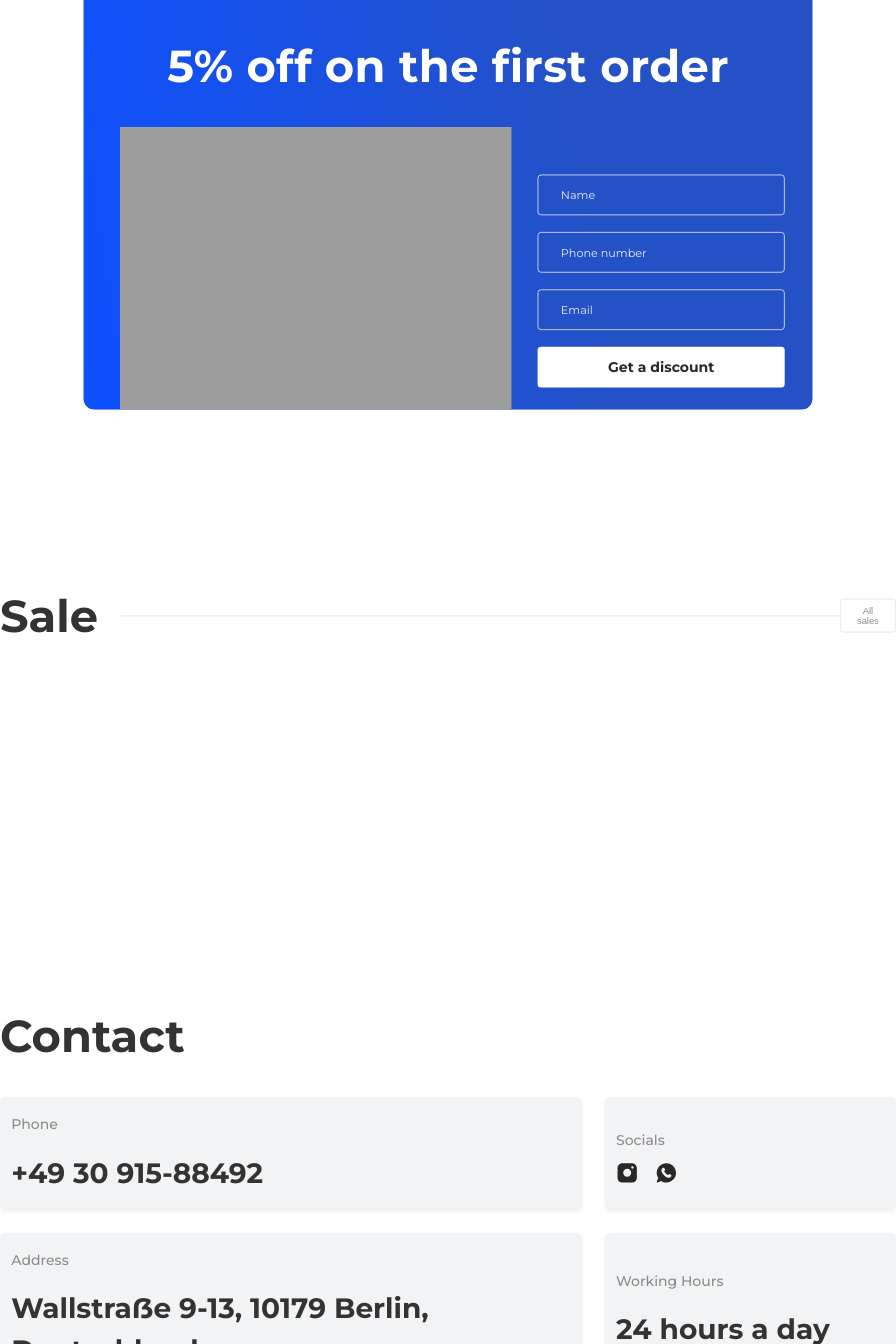
Repository: jursylian/PET-INTERNET-SHOP-PROJECT
Page: /
The author's editor kept a copy of each file at every save. The page is drawn from the files as they stood at one save, then again after the next save.
The browser window is 1280 px wide. The pictures show the part of the page from y = 1548 to 3468 px (the page is 3924 px tall before and 3940 px after), at 70% of full size.
Pictures or frames that could not be fetched are drawn as grey boxes. The page's requests for data from a server got no answer. The project was rebuilt for these pictures with package versions that can differ from the ones it lists, and the page was loaded fresh each time. No one was signed in, and anything a server would have sent is missing. Also part of the build but not shown: vite.config.js, src/pages/CategoriesAll/CategoriesAll.module.css, src/layouts/PageSection/PageSection.module.css, src/layouts/PageSection/PageSection.jsx, src/pages/CategoriesAll/CategoriesAll.jsx, src/redux/productsSelectors.js, src/components/ProductFilter/ProductFilter.module.css, src/components/ProductFilter/ProductFilter.jsx and 22 more.

Above is the page before, as saved 2025-11-06 18:29:49.

After the next save:
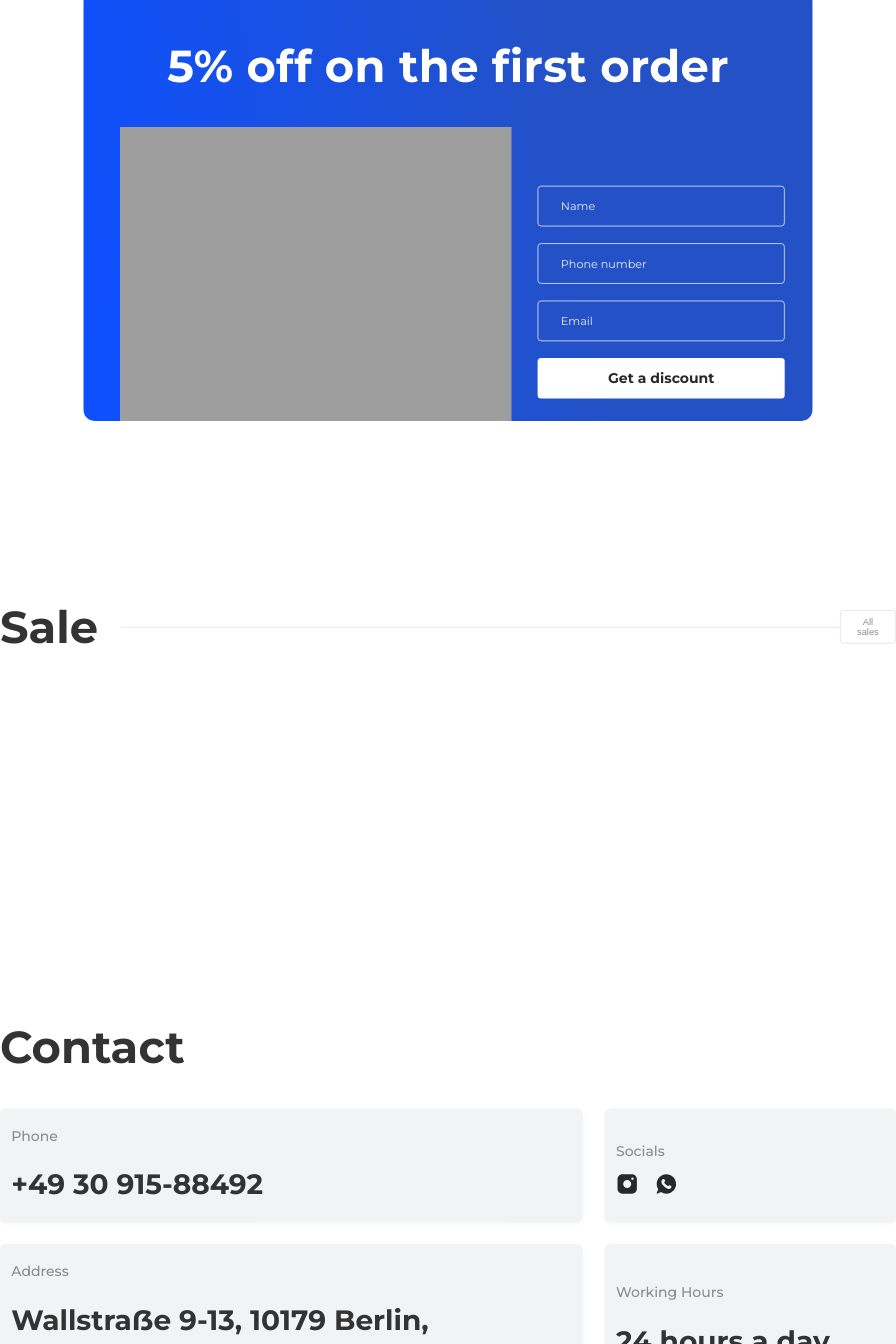
Saved 19 s later.
--- a/src/components/DiscountForm/DiscountForm.module.css
+++ b/src/components/DiscountForm/DiscountForm.module.css
@@ -46,7 +46,7 @@
   max-width: none;
   height: 420px;
   object-fit: contain;
-  margin-bottom: -16px; /* прижимает к низу */
+  margin-bottom: -20x; /* прижимает к низу */
   transform: translateX(-5%); /* чуть сдвигаем влево для визуального баланса */
 }
 
